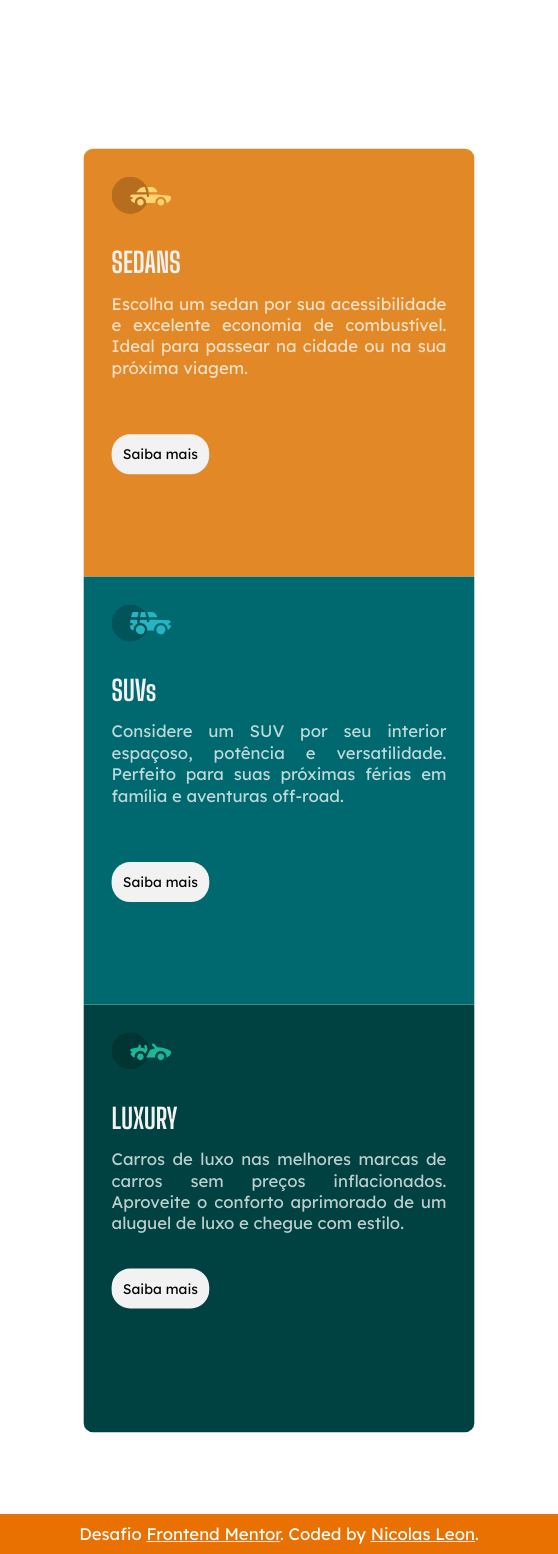
Repository: Leonngc/Car-cards
Page: index.html
An editor plug-in stored every save of this project. The page is shown before and after the next save, followed by the edit.
The browser window is 600 px wide. The pictures show the whole page, at 93% of full size.

Above is the page before, as saved 2023-01-17 19:42:29.

After the next save:
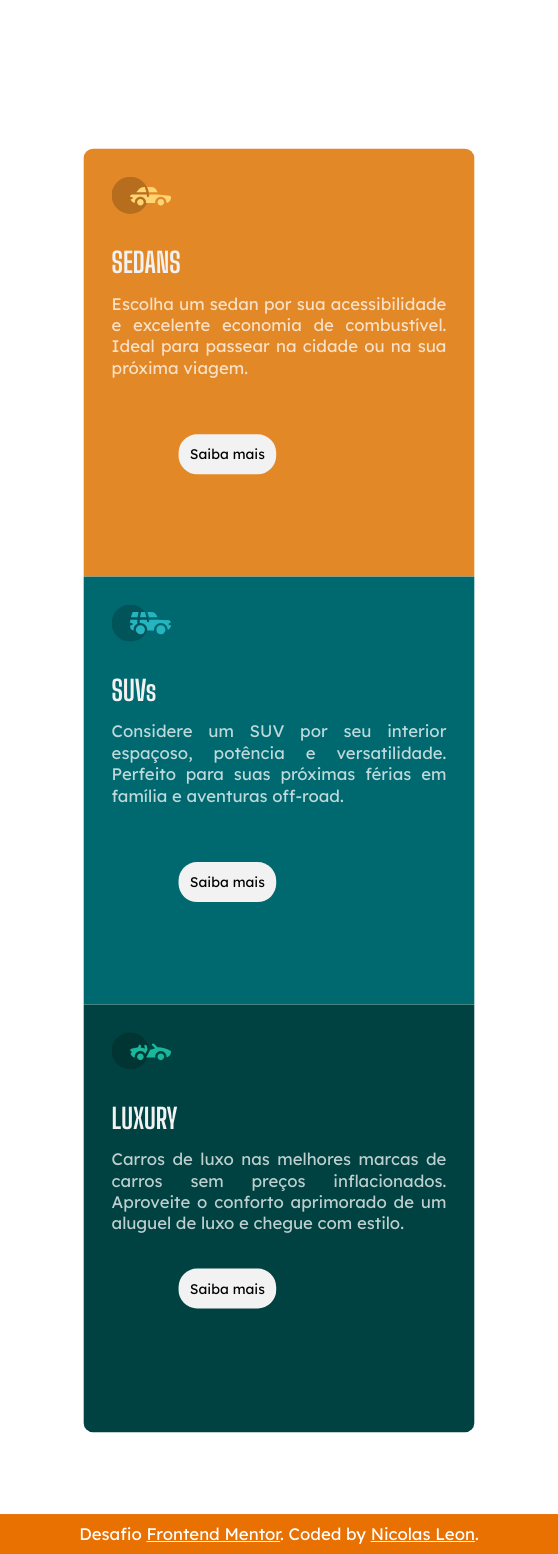
Saved 4 s later.
--- a/styles/style.css
+++ b/styles/style.css
@@ -127,6 +127,6 @@
   }
 
   button{
-    margin-left: 3
+    margin-left: 12vw;
   }
 }
